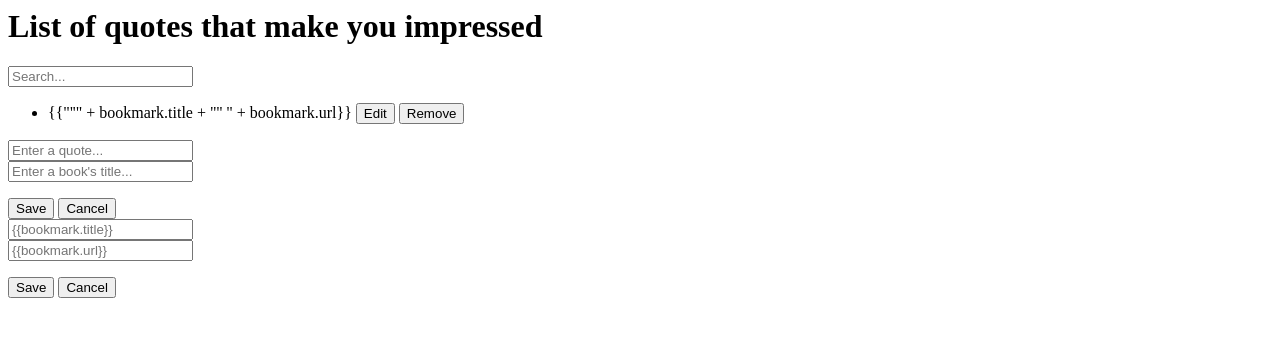
Repository: joannapl/LibraryOnline
Page: templates/quotes.html
The author's editor kept a record of every edit. The page is drawn from the files as they stood at one moment, then again after the next edit.
The browser window is 1280 px wide. The pictures show the whole page.

Above is the page before.

### templates/quotes.html
<div ng-controller="quotesController">
    <div class="jumbotron">
        <h1><span class="pageSubtitle">List of quotes that make you impressed</span></h1>
    </div>


    <div class="form-inline">
        <input type="text" class="form-control" ng-model="search" placeholder="Search...">
    </div>

    <div class="page-header">
        <ul>
            <li class="listStyle" ng-repeat="(id, bookmark) in bookmarks | filter: search">
                  <span>{{"''" + bookmark.title + "''  " + bookmark.url}}</span>
                  <label for="linkStyle">
                    <button type="button" class="btn btn-default" ng-click="resetForm(); editForm(id, bookmark.title, bookmark.url); showEditing()" >Edit</button>
                    <button type="button" class="btn btn-default" ng-click="cancelEditing(); removeItem(id)">Remove</button>
                </label>
            </li>
        </ul>
    </div>

    <div class="jumbotron" id="addDiv" ng-hide="hideCreate">
        <form role="form">
             <div class="form-group">
                <input type="text" ng-model="bookmarkTitleAdd" class="form-control" id="bookmarkTitle" placeholder="Enter a quote...">
            </div>
            <div class="form-group">
                <input type="text" ng-model="bookmarkUrlAdd" class="form-control" id="bookmarkUrl" placeholder="Enter a book's title...">
            </div>
        </form>
       <button type="button" class="btn btn-primary" ng-click="addItem(bookmarkTitleAdd, bookmarkUrlAdd); cancelCreating(); resetForm()">Save</button>
       <button type="button" class="btn btn-default" ng-click="cancelCreating(); resetForm()">Cancel</button>
    </div>

    <div class="jumbotron"  id="editDiv" ng-hide="hideEdit">
        <form role="form">
             <div class="form-group">
                <input type="text" ng-model="bookmarkTitleEdit" class="form-control" id="bookmarkTitle" placeholder="{{bookmark.title}}">
            </div>
            <div class="form-group">
                <input type="text" ng-model="bookmarkUrlEdit" class="form-control" id="bookmarkUrl" placeholder="{{bookmark.url}}">
            </div>
        </form>
        <button type="button" class="btn btn-primary" ng-click="updateItem(); cancelEditing();">Save</button>
        <button type="button" class="btn btn-default" ng-click="cancelEditing(); resetForm()">Cancel</button>
    </div>
</div>

After the next edit:
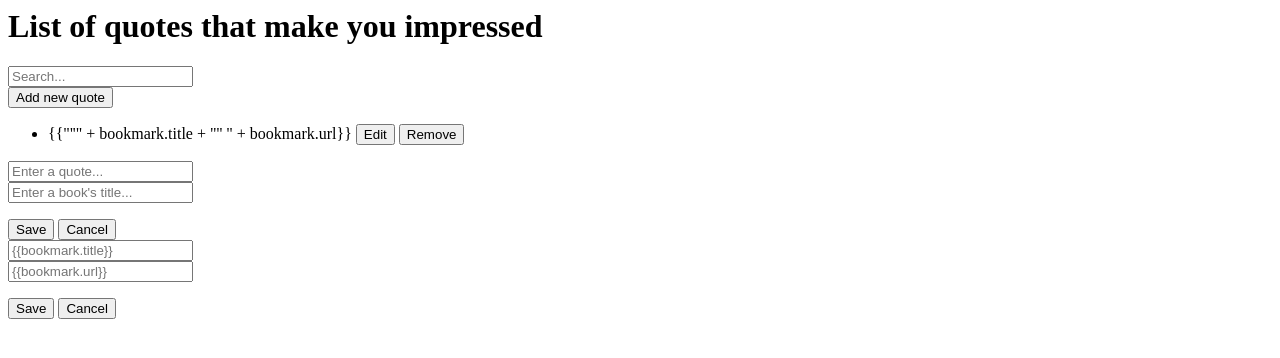
The edit:
--- a/templates/quotes.html
+++ b/templates/quotes.html
@@ -6,6 +6,12 @@
 
     <div class="form-inline">
         <input type="text" class="form-control" ng-model="search" placeholder="Search...">
+    </div>
+
+    <div id="buttonDiv">
+        <button type="button" class="btn btn-default" ng-click="resetForm(); showCreating()">
+        Add new quote
+        </button>
     </div>
 
     <div class="page-header">
